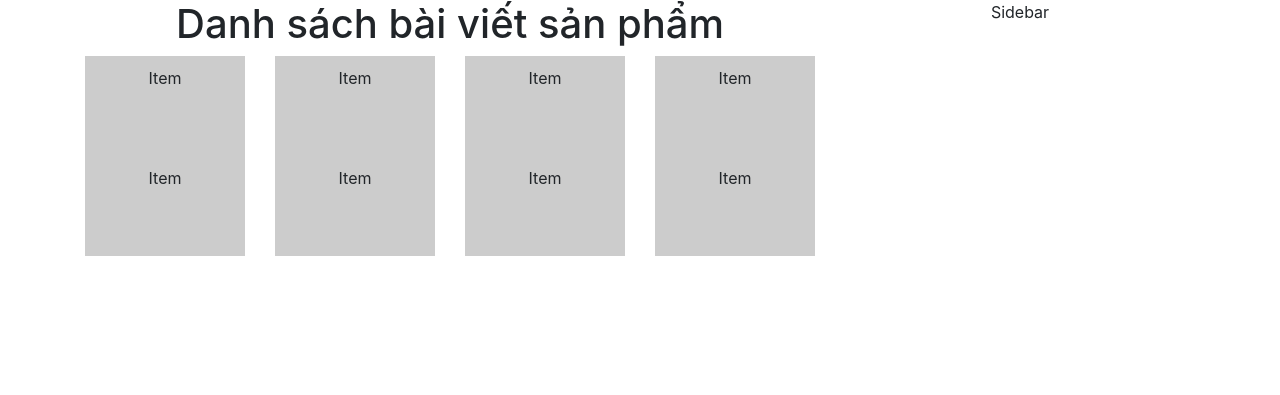
Repository: anhtu2110/front_end
Page: lesson/bootstrap/grid-layout/2.7-box-in-box.html
The author's editor kept a copy of each file at every save. The page is drawn from the files as they stood at one save, then again after the next save.
The browser window is 1280 px wide. The pictures show the whole page.

Above is the page before, as saved 2022-12-01 17:45:33.

After the next save:
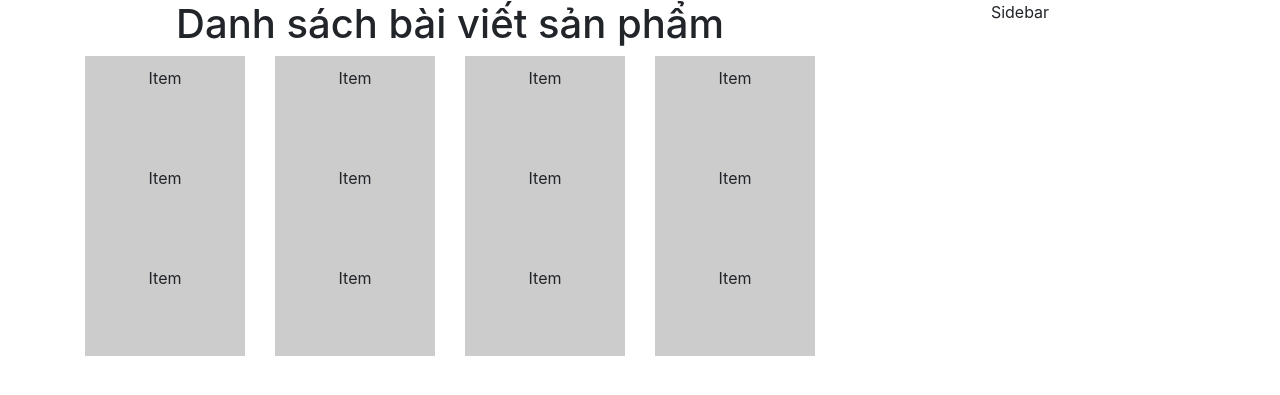
Saved 11 s later.
--- a/lesson/bootstrap/grid-layout/2.7-box-in-box.html
+++ b/lesson/bootstrap/grid-layout/2.7-box-in-box.html
@@ -21,6 +21,18 @@
           <h1>Danh sách bài viết sản phẩm</h1>
           <div class="list-item">
             <div class="row">
+              <div class="col-md-3">
+                <div class="item-info">Item</div>
+              </div>
+              <div class="col-md-3">
+                <div class="item-info">Item</div>
+              </div>
+              <div class="col-md-3">
+                <div class="item-info">Item</div>
+              </div>
+              <div class="col-md-3">
+                <div class="item-info">Item</div>
+              </div>
               <div class="col-md-3">
                 <div class="item-info">Item</div>
               </div>

After the save that followed:
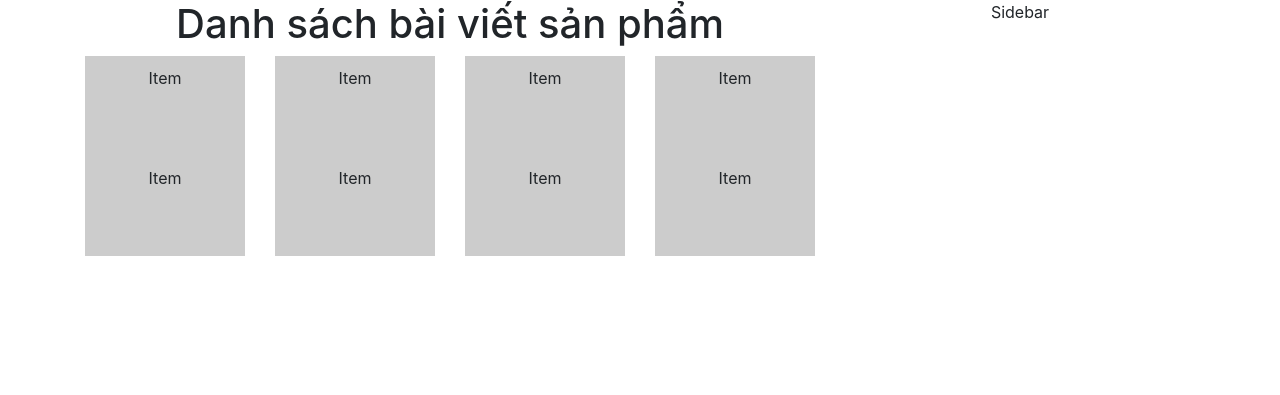
Saved 82 s later.
--- a/lesson/bootstrap/grid-layout/2.7-box-in-box.html
+++ b/lesson/bootstrap/grid-layout/2.7-box-in-box.html
@@ -21,18 +21,6 @@
           <h1>Danh sách bài viết sản phẩm</h1>
           <div class="list-item">
             <div class="row">
-              <div class="col-md-3">
-                <div class="item-info">Item</div>
-              </div>
-              <div class="col-md-3">
-                <div class="item-info">Item</div>
-              </div>
-              <div class="col-md-3">
-                <div class="item-info">Item</div>
-              </div>
-              <div class="col-md-3">
-                <div class="item-info">Item</div>
-              </div>
               <div class="col-md-3">
                 <div class="item-info">Item</div>
               </div>
